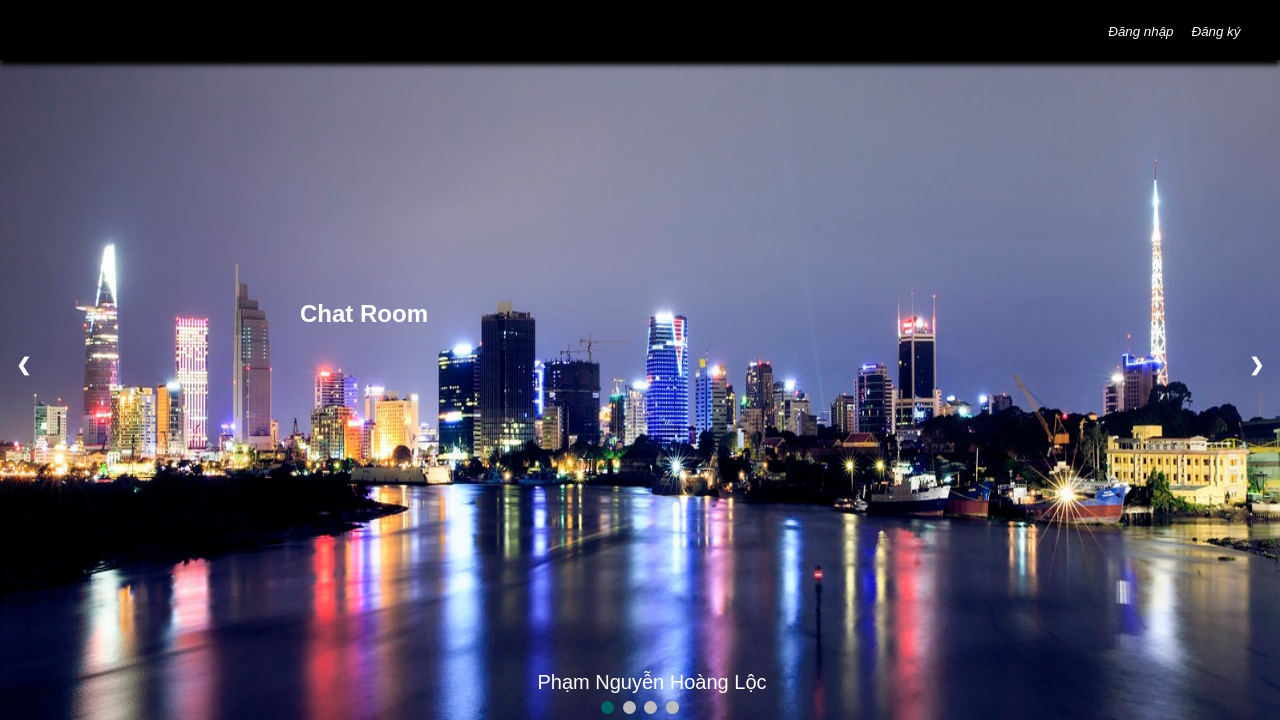
Repository: viplocpro/jsp
Page: ChatServlet/WebContent/index.html
The author's editor kept a copy of each file at every save. The page is drawn from the files as they stood at one save, then again after the next save.
The browser window is 1280 px wide. The pictures show the whole page.

Above is the page before, as saved 2016-10-13 03:11:01.

After the next save:
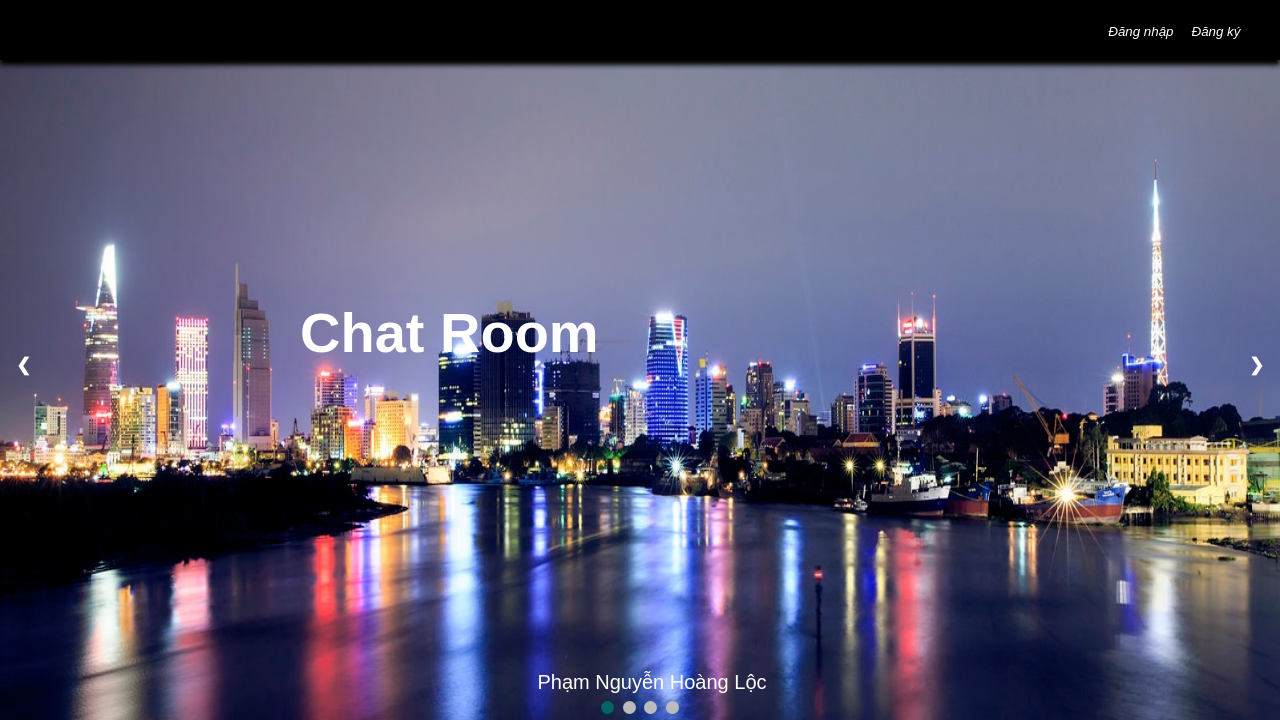
Saved 9 s later.
--- a/ChatServlet/WebContent/style/style.css
+++ b/ChatServlet/WebContent/style/style.css
@@ -169,7 +169,7 @@ body{
 
 .banner{
 	color: white;
-	font-size: 150%;
+	font-size: 350%;
 	font-weight: bold;
 	position: absolute;
 	top: 300px;
